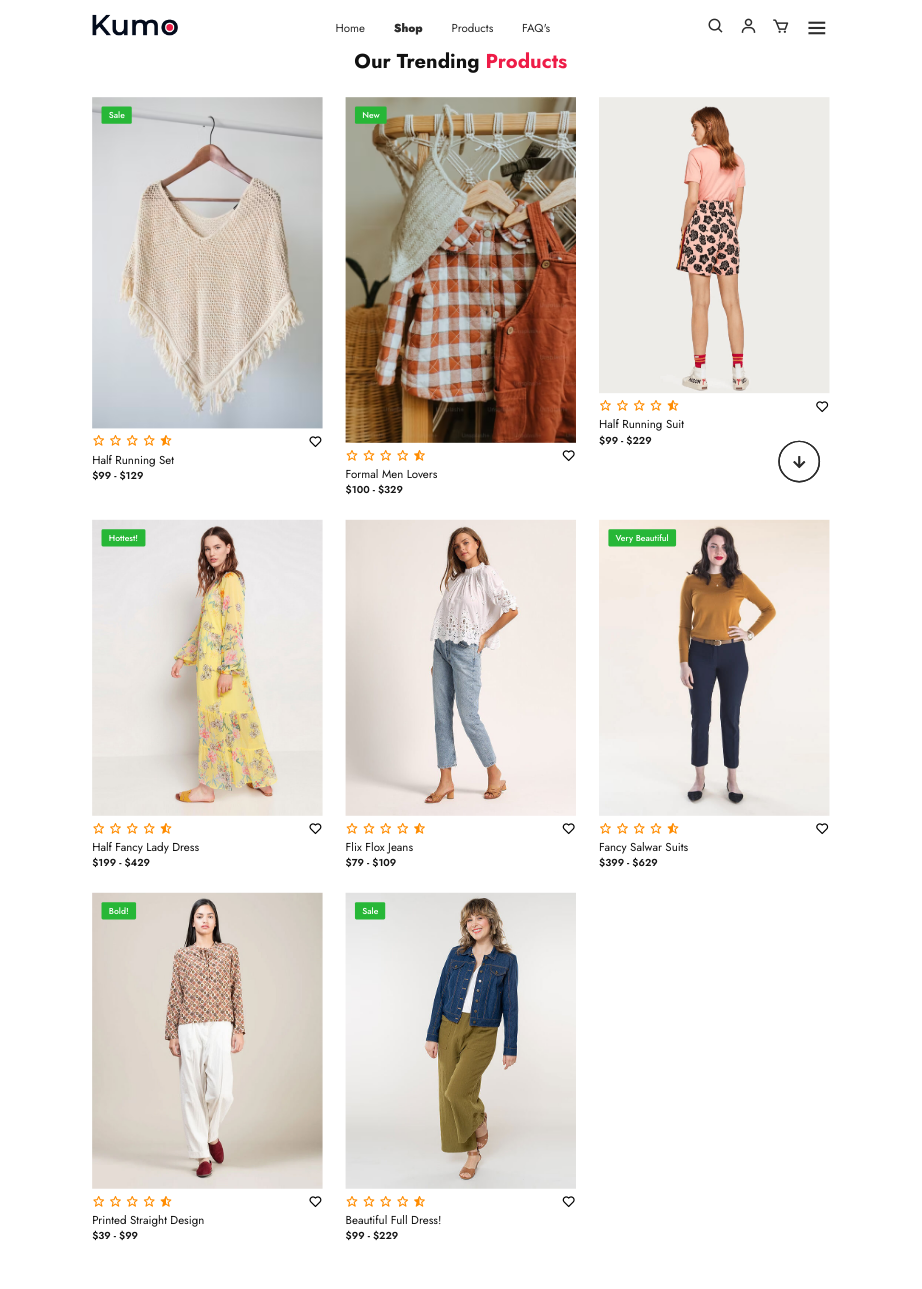
Repository: isaacCodes1/Kumo-Website.
Page: shop.html
These files come from the project's save history. The page is drawn as it stood at one moment and after a run of saves; the edit follows.
The browser window is 1280 px wide. The pictures show the whole page, at 72% of full size.

Above is the page before, as saved 2024-03-23 09:38:00.

After the next 2 saves:
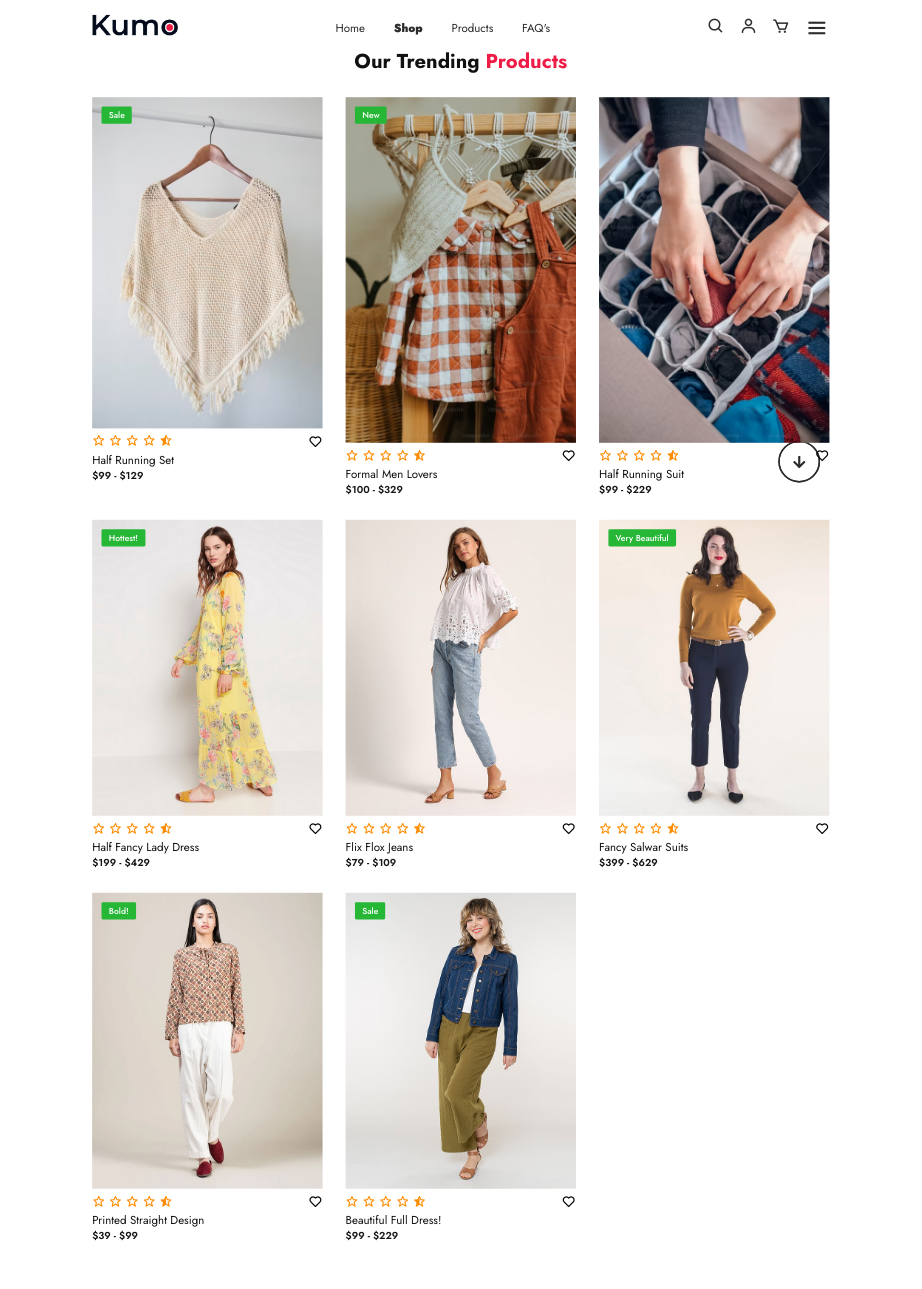
The 2 saves are shown as one change because they came seconds apart.
The last was saved 7 s later.
--- a/shop.html
+++ b/shop.html
@@ -94,7 +94,7 @@
           </div>
         </div>
         <div class="row">
-          <img src="/Assets/3.jpg" alt="" />
+          <img src="/Assets/Clothes3.avif" alt="" />
           <div class="heart-icon">
             <i class="bx bx-heart"></i>
           </div>
